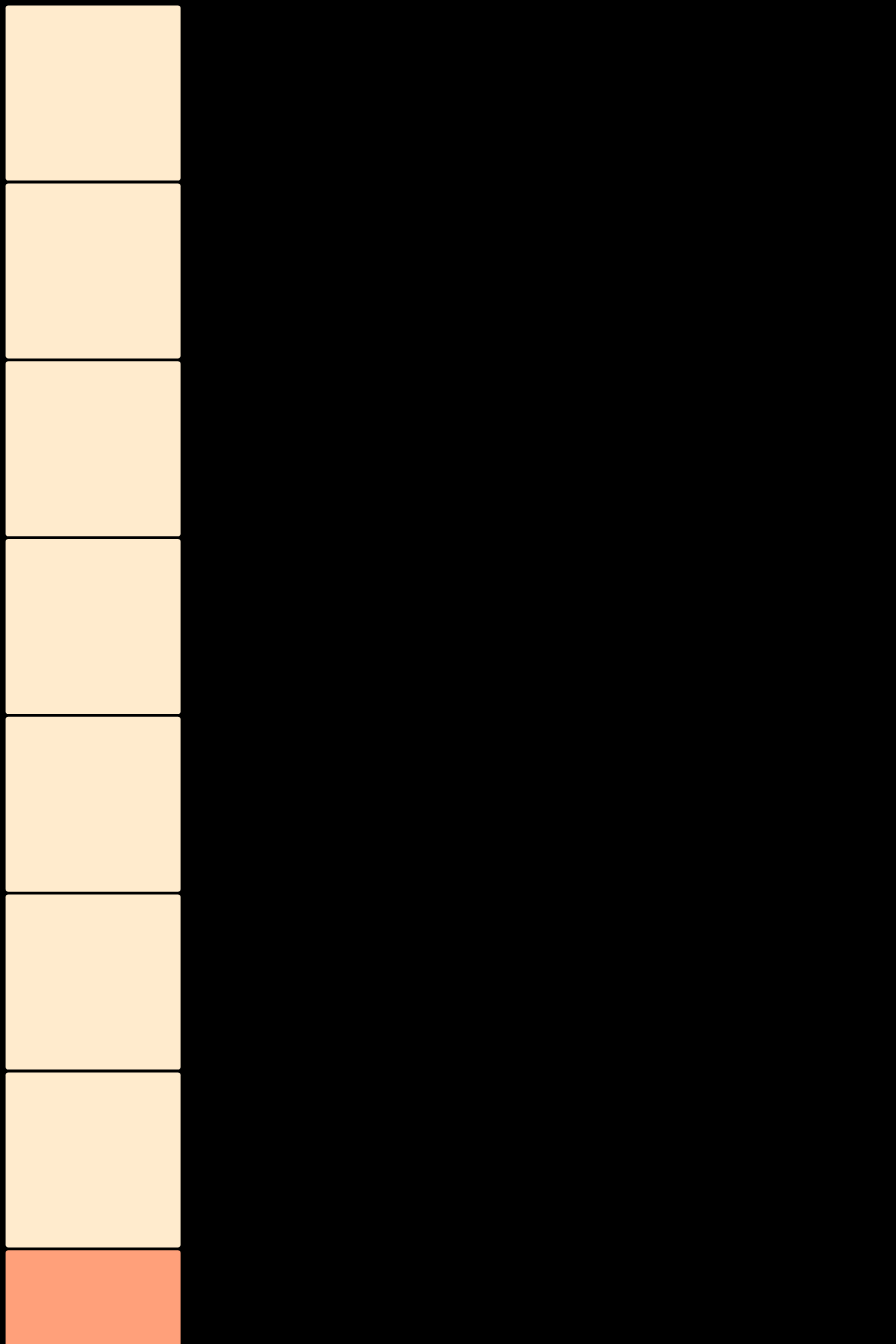
Repository: woojinShim/Browser-Study
Page: window-coordinates.html
An editor plug-in stored every save of this project. The page is shown before and after the next save, followed by the edit.
The browser window is 1280 px wide. The pictures show the part of the page from y = 0 to 1920 px (the page is 2577 px tall before and 2552 px after), at 70% of full size.

Above is the page before, as saved 2022-02-02 20:42:02.

After the next save:
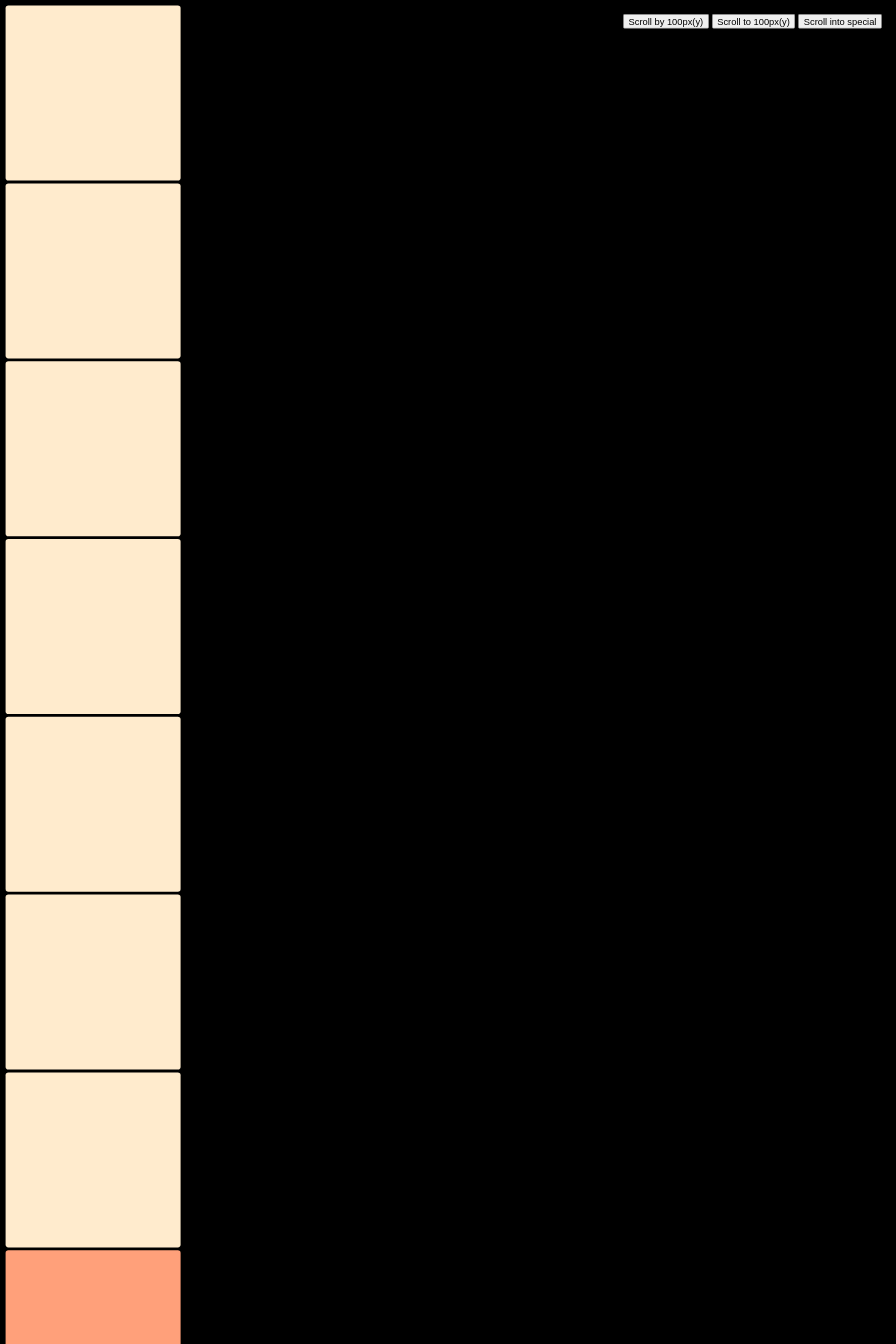
Saved 10 s later.
--- a/window-coordinates.html
+++ b/window-coordinates.html
@@ -23,7 +23,7 @@
             background-color: lightsalmon;
         }
 
-        .aside {
+        aside {
             position: fixed;
             top: 20px;
             right: 20px;
